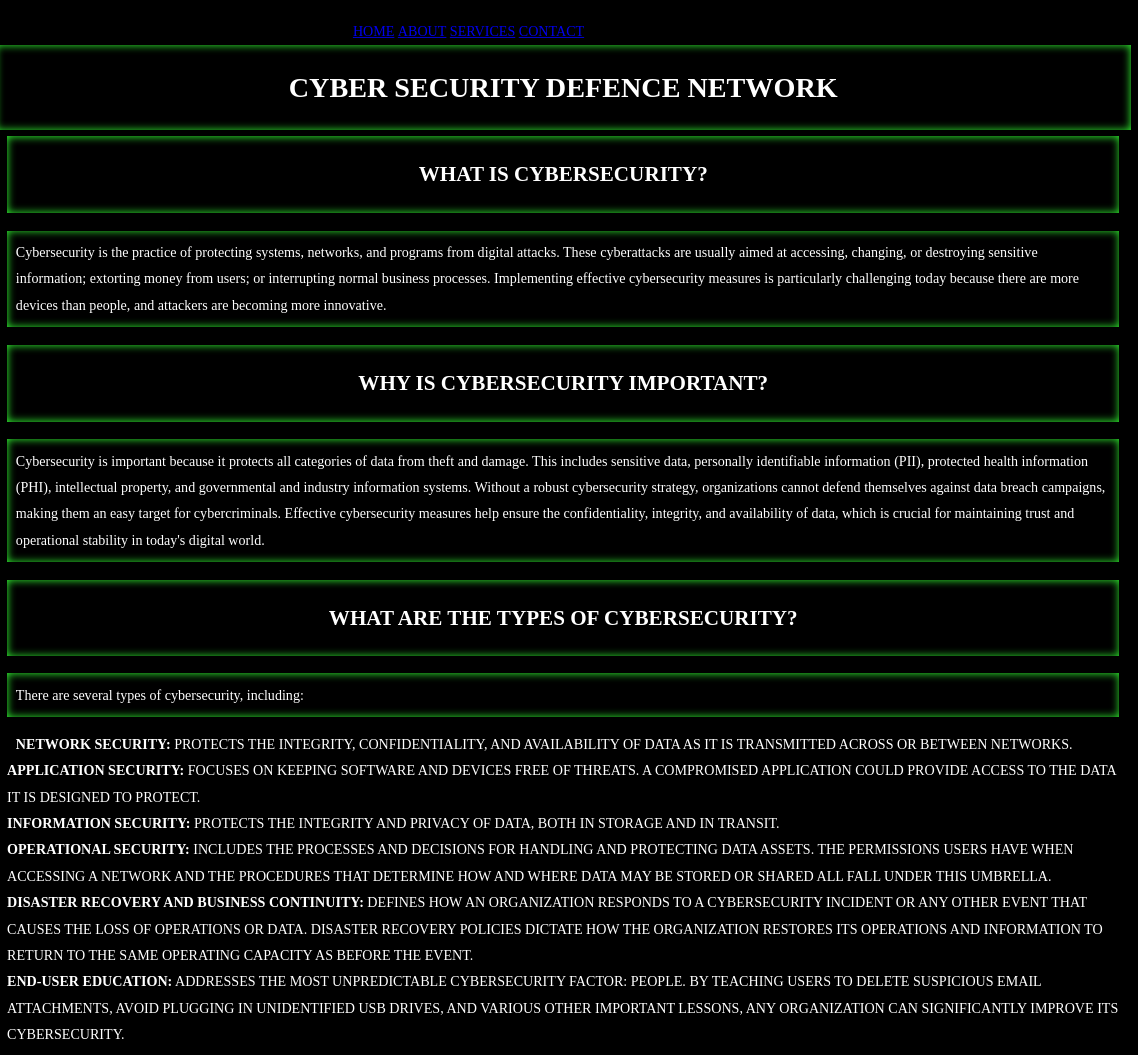
Repository: newworldhost/nwh
Page: index.html
These files come from the project's save history. The page is drawn as it stood at one moment and after a run of saves; the edit follows.
The browser window is 1280 px wide. The page is 1285 px wide, then 1293 px, so the pictures cover 1293 px, including what lies to the right of the window. The pictures show the whole page, at 88% of full size.

Above is the page before, as saved 2025-03-04 15:55:03.

After the next 3 saves:
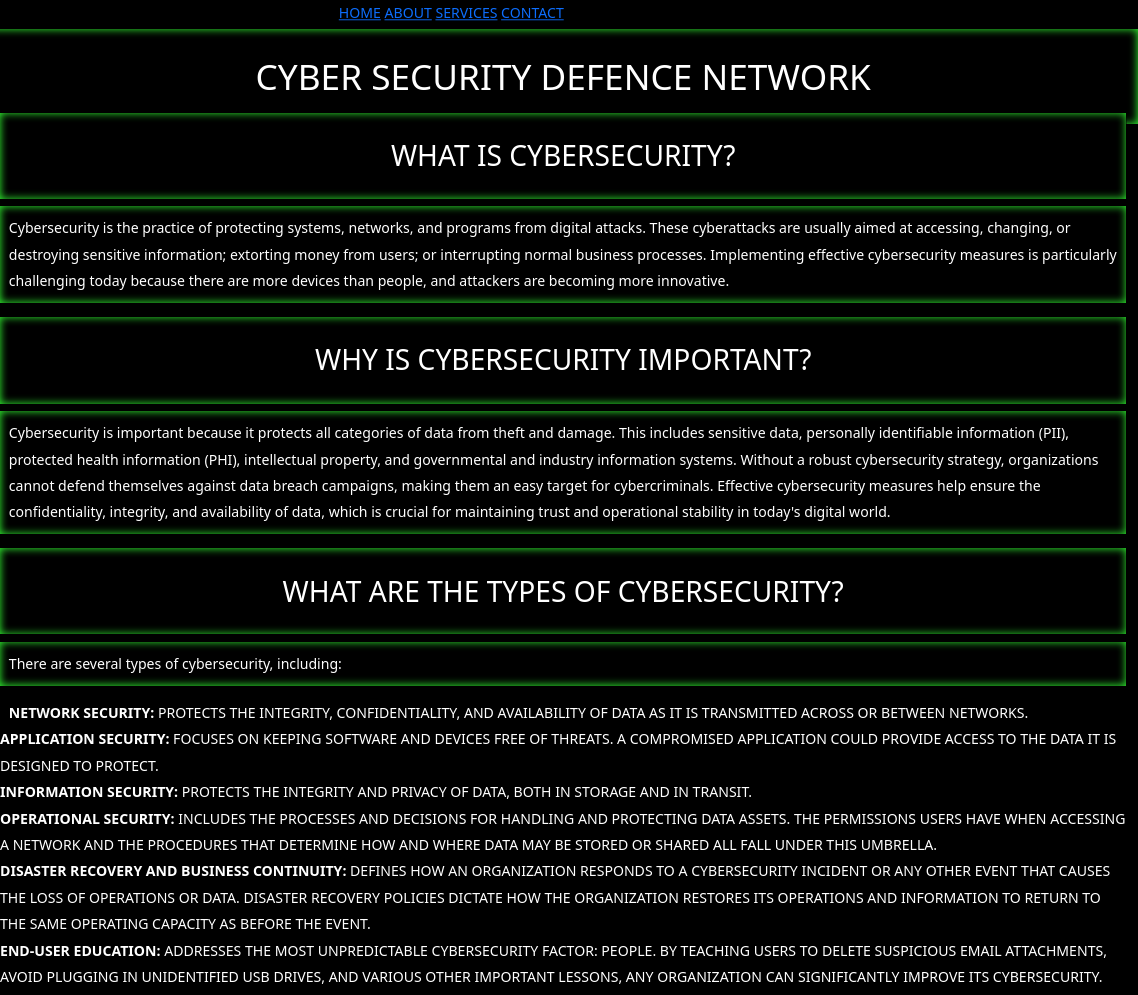
The 3 saves are shown as one change because they came seconds apart.
The last was saved 4 min 30 s later.
--- a/index.html
+++ b/index.html
@@ -6,6 +6,8 @@
     <meta name="author" content="cyber security defence network">
     <meta name="description" content="cyber security defence network">
     <meta name="keywords" content="cyber security defence network">
+    <link href="https://cdn.jsdelivr.net/npm/bootstrap@5.3.3/dist/css/bootstrap.min.css" rel="stylesheet" integrity="sha384-QWTKZyjpPEjISv5WaRU9OFeRpok6YctnYmDr5pNlyT2bRjXh0JMhjY6hW+ALEwIH" crossorigin="anonymous">
+
     <link rel="stylesheet" href="style.css">
     <title>cyber security defence network</title>
 </head>
